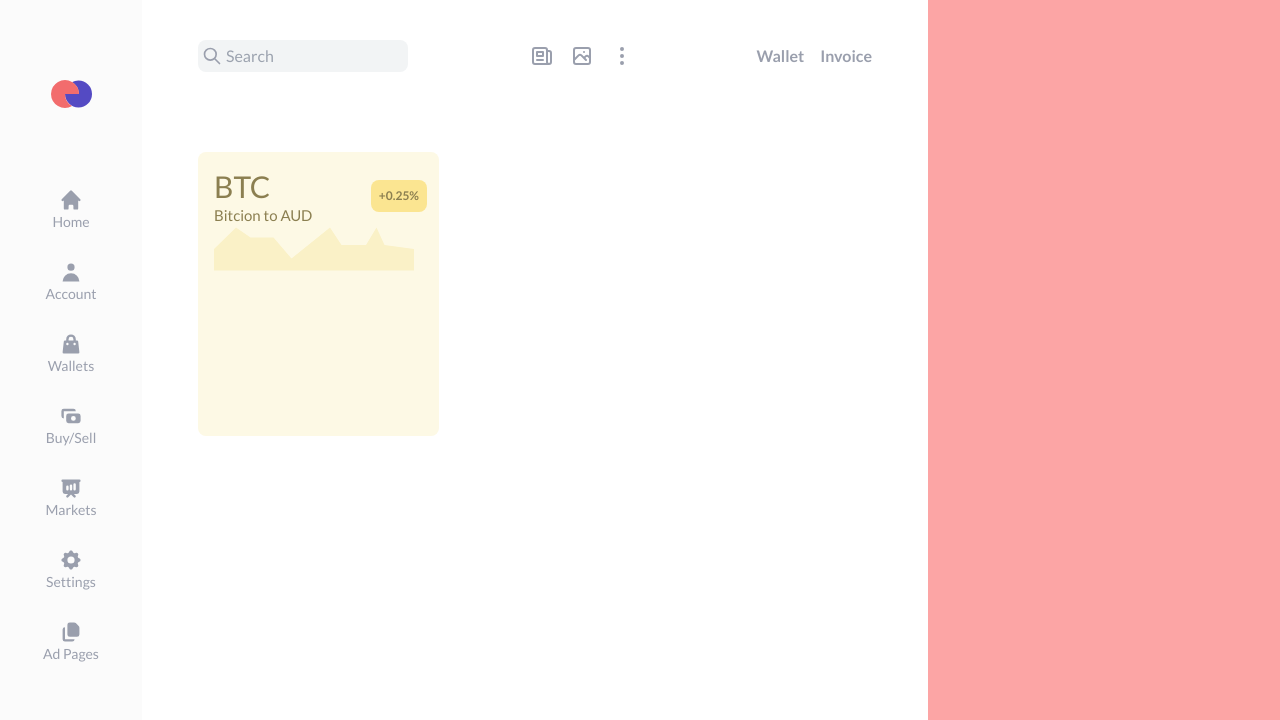
Repository: almaqdad55/crypto-app-nextjs
Page: /
The author's editor kept a copy of each file at every save. The page is drawn from the files as they stood at one save, then again after a run of saves.
The browser window is 1280 px wide. The pictures show the whole page.
The project was rebuilt for these pictures with package versions that can differ from the ones it lists, and the page was loaded fresh each time. The framework's server and built-in components were replaced by stand-ins that run in the browser.

Above is the page before, as saved 2022-01-04 20:56:29.

After the next 2 saves:
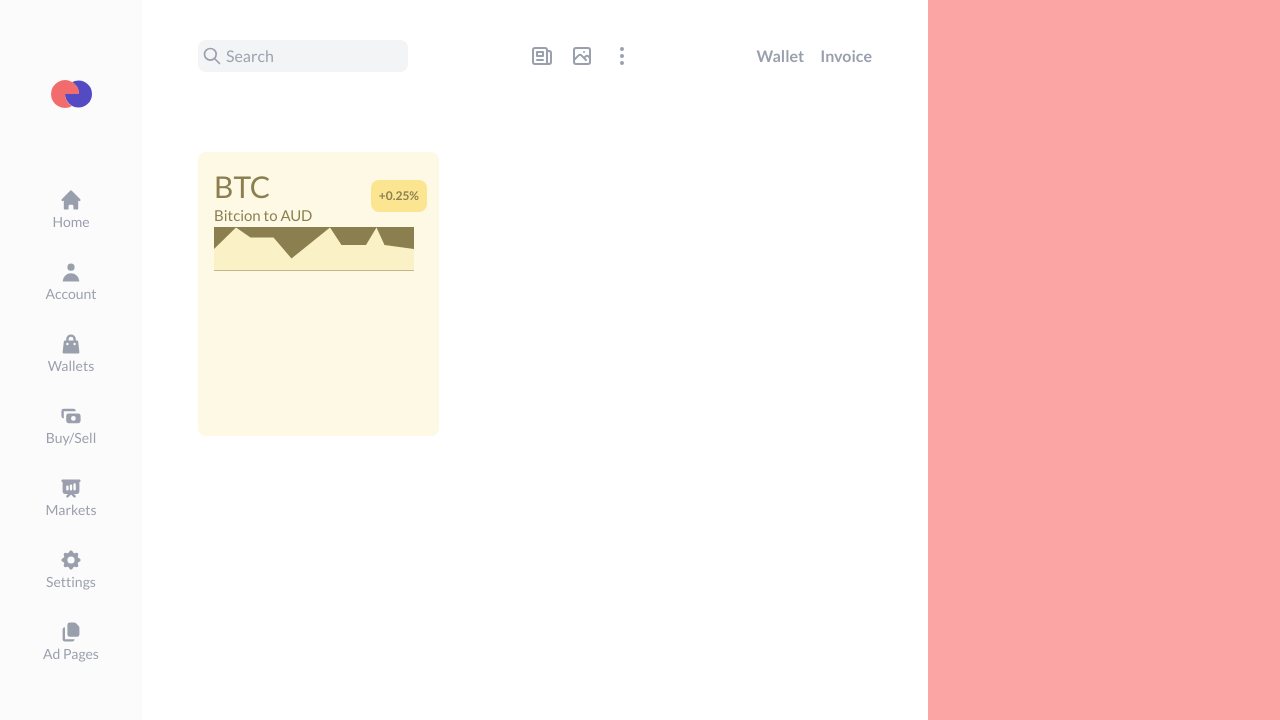
The 2 saves are shown as one change because they came seconds apart.
The last was saved 38 s later.
--- a/components/Card.jsx
+++ b/components/Card.jsx
@@ -7,7 +7,7 @@
       <h1 className="text-3xl ">BTC</h1>
       <p className="text-[15px]">Bitcion to AUD</p>
 
-      <img src="/bg-btc.svg" alt="" className="z-50 " />
+      <img src="/bg-btc.svg" alt="" className=" bg-[#8B7F50] " />
     </div>
   );
 };

After the 4 saves that followed:
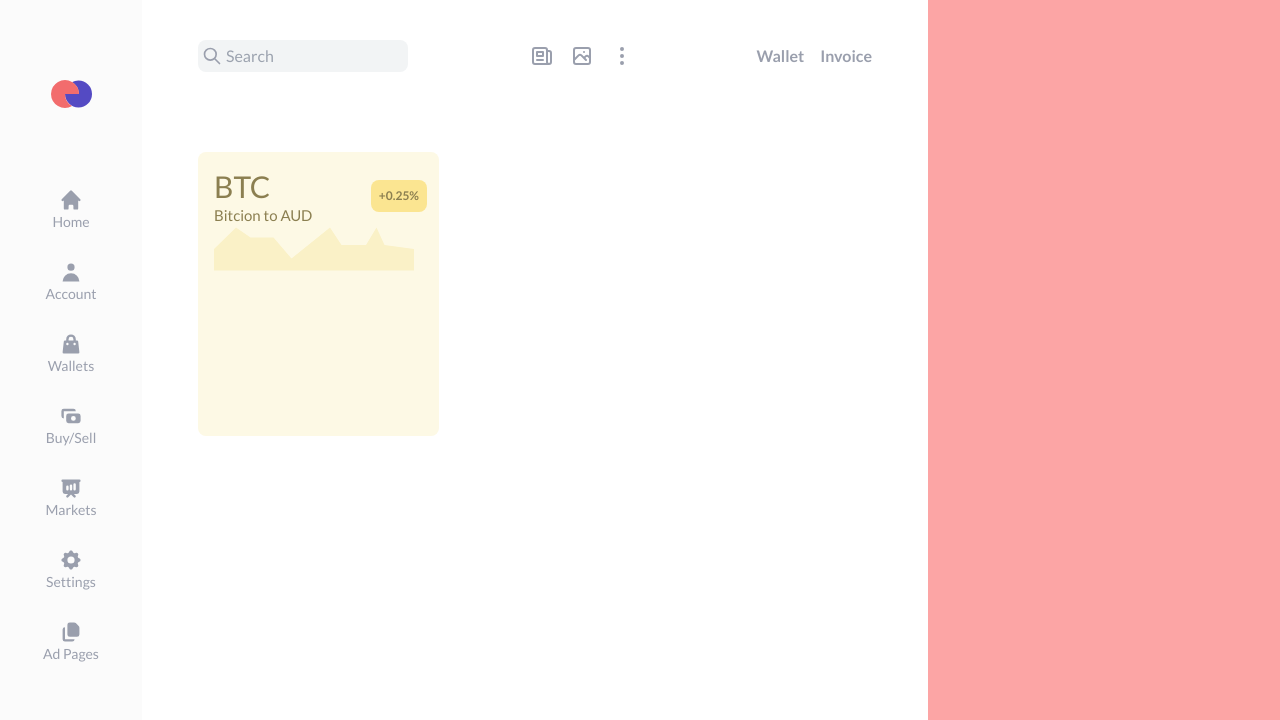
The 4 saves are shown as one change because 3 left the picture as it was.
The last was saved 32 s later.
--- a/components/Card.jsx
+++ b/components/Card.jsx
@@ -7,7 +7,7 @@
       <h1 className="text-3xl ">BTC</h1>
       <p className="text-[15px]">Bitcion to AUD</p>
 
-      <img src="/bg-btc.svg" alt="" className=" bg-[#8B7F50] " />
+      <img src="/bg-btc.svg" alt="" className="  " />
     </div>
   );
 };
